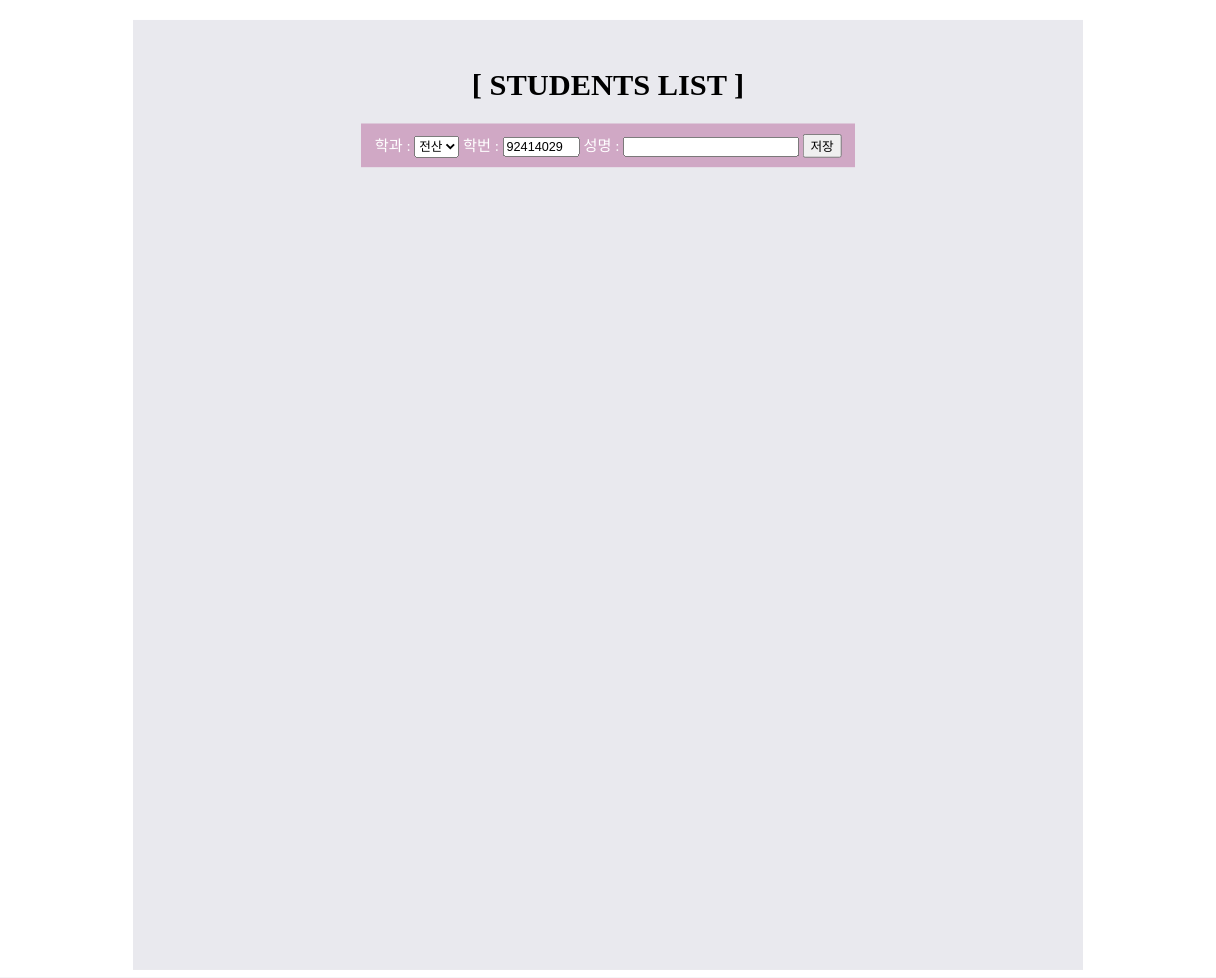
Repository: eeul07/html
Page: ex0508/WebContent/WEB-INF/students/slist.html
The author's editor kept a copy of each file at every save. The page is drawn from the files as they stood at one save, then again after the next save.
The browser window is 1280 px wide. The pictures show the whole page, at 95% of full size.
Some web libraries are served in a nearby version.

Above is the page before, as saved 2020-05-08 01:11:05.

After the next save:
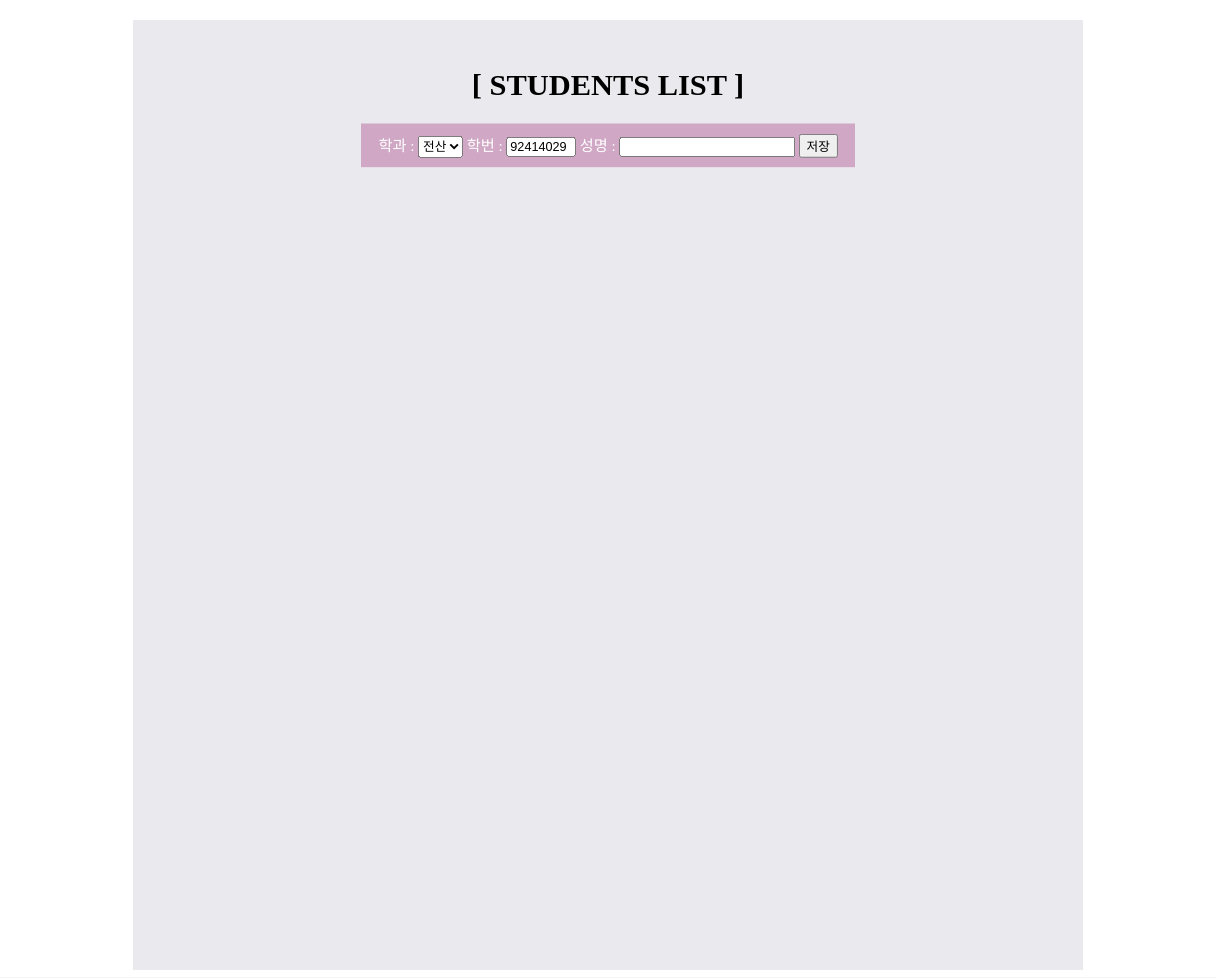
Saved 8 s later.
--- a/ex0508/WebContent/WEB-INF/students/slist.html
+++ b/ex0508/WebContent/WEB-INF/students/slist.html
@@ -23,7 +23,7 @@
 				<option>전자</option>
 				<option>건축</option>
 				</select>
-			학번 : <input type="text" id="scode" maxlength=8 size=7 value="92414029">
+			학번 : <input type="text" id="scode" maxlength=8 size=6 value="92414029">
 			성명 : <input type="text" id="sname">
 			<input type="button" id="btnSave" value="저장">
 		</div>
